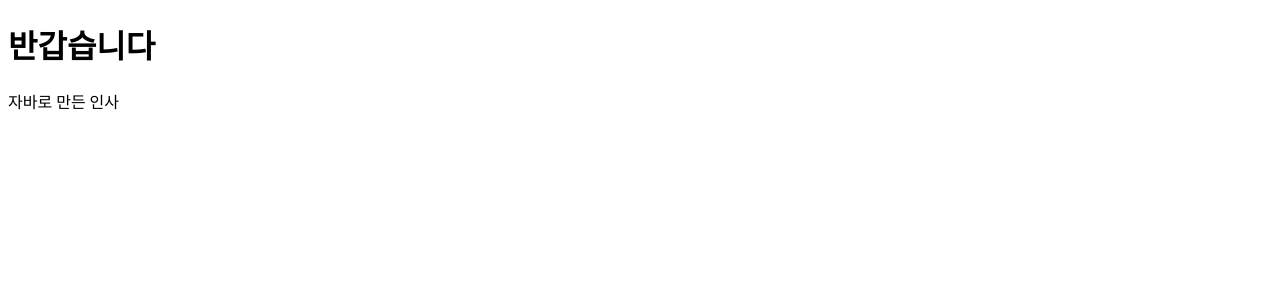
Repository: dychung1021/newrepository
Page: http://localhost/JSP01/
These files come from the project's save history. The page is drawn as it stood at one moment and after the next save; the edit follows.
The browser window is 1280 px wide. The pictures show the whole page.
The page is served by Tomcat 9.

Above is the page before, as saved 2024-05-09 05:58:07.

After the next save:
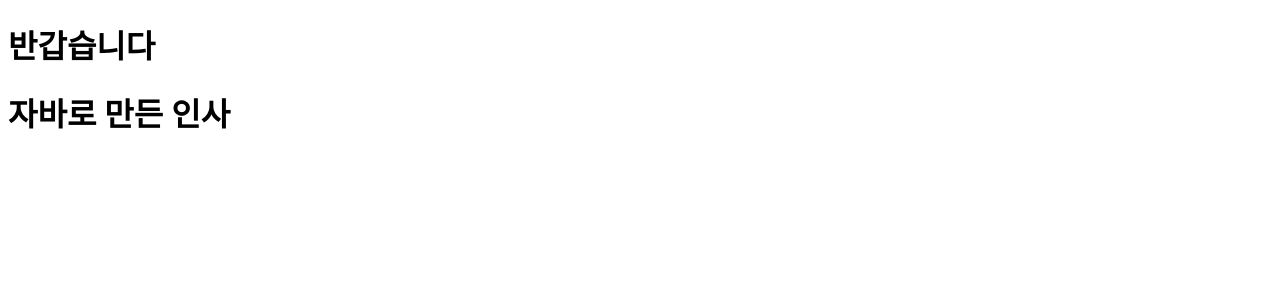
Saved 43 s later.
--- a/JSP/JSP01/src/main/webapp/index.jsp
+++ b/JSP/JSP01/src/main/webapp/index.jsp
@@ -9,6 +9,6 @@
 	<body>
 		<h1>반갑습니다</h1>
 		<%String str="자바로 만든 인사"; %>
-		<%out.print(str); %>
+		<h1><%out.print(str); %></h1>
 	</body>
 </html>
